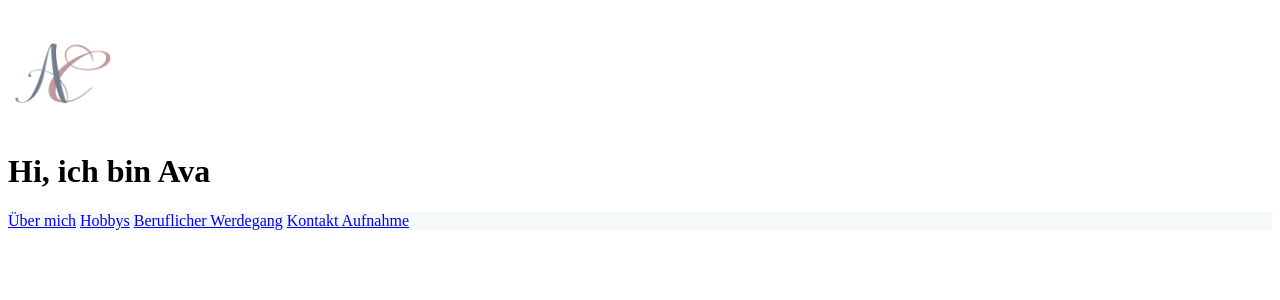
Repository: Ava-VictoriaCrivello/website
Page: index.html
An editor plug-in stored every save of this project. The page is shown before and after the next save, followed by the edit.
The browser window is 1280 px wide. The pictures show the whole page.

Above is the page before, as saved 2022-05-29 11:51:37.

After the next save:
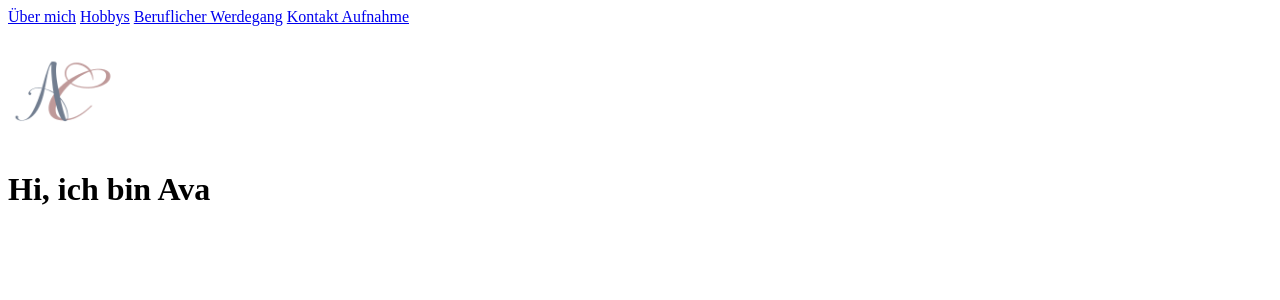
Saved 48 s later.
--- a/index.html
+++ b/index.html
@@ -8,10 +8,9 @@
     <link rel="stylesheet" href="style.css" />
   </head>
   <body>
-    <img src="logo.png" width="120px", height="">
-    <h1> Hi, ich bin Ava</h1>
 
-    <header>
+
+    <nav>
 
                 <a class="button" href="#aboutme">Über mich</a>
                 <a class="button" href="#hobbys">Hobbys</a>
@@ -19,7 +18,9 @@
                 <a class="button" href="#contact">Kontakt Aufnahme</a>
 
 
-      </header>
+    </nav>
+      <img src="logo.png" width="120px", height="">
+    <h1> Hi, ich bin Ava</h1>
 
 
 </header>
